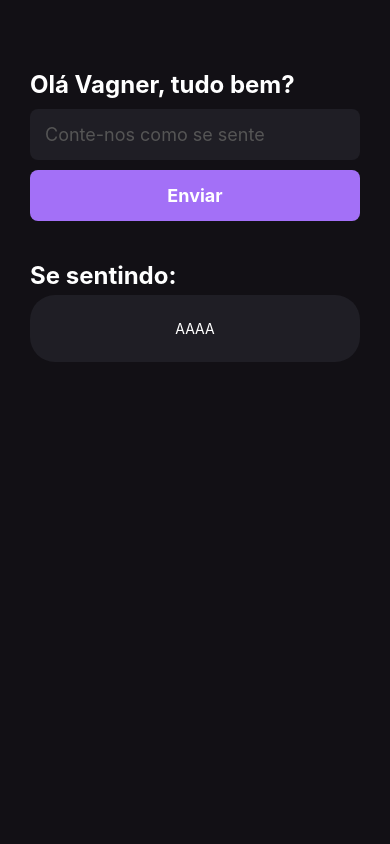
Repository: vagnereix/01-myskills-trilha-react-native
Screen: /
These files come from the project's save history. The screen is drawn as it stood at one moment and after the next save; the edit follows.
The app was drawn by React Native's web renderer in a window 390 px wide. The project was rebuilt for these pictures with package versions that can differ from the ones it lists, and the page was loaded fresh each time.

Above is the screen before, as saved 2021-06-17 18:18:35.

### App.tsx
import React from 'react';

import { Home } from './pages/home';

export default function App() {
  return (
    <Home />
  );
};

### pages/home.tsx
import React, { useState } from 'react';
import {
    View,
    Text,
    StyleSheet,
    TextInput,
    Platform,
    TouchableOpacity
} from 'react-native';

export function Home() {
    const [feeling, setFeeling] = useState<string>('');
    const [feelings, setFeelings] = useState<string[]>([]);

    function handleClick() {
        setFeelings(oldFeelings => [...oldFeelings, feeling]);
    }

    function handleChange(feeling: string) {
        setFeeling(feeling)
    }

    return (
      <View style={styles.container}>
        <Text style={styles.title}>Olá Vagner, tudo bem?</Text>

        <TextInput
          onChangeText={handleChange}
          style={styles.input}
          placeholder="Conte-nos como se sente"
          placeholderTextColor="#555"
        />

        <TouchableOpacity style={styles.touch} onPress={handleClick}>
          <Text style={styles.touchText}>Enviar</Text>
        </TouchableOpacity>

        <Text style={[styles.title, {marginTop: 40}]}>Se sentindo:</Text>
        <Text style={styles.feeling}>{feeling}</Text>

        <TouchableOpacity style={styles.buttonFeeling}>
          <Text style={styles.textFeeling}>
              AAAA
          </Text>
        </TouchableOpacity>
      </View>
    );
}

const styles = StyleSheet.create({
  container: {
    flex: 1,
    paddingHorizontal: 30,
    paddingVertical: 70,
    backgroundColor: '#121015',
  },
  title: {
    color: '#fff',
    fontWeight: 'bold',
    fontSize: 24
  },
  input: {
    marginTop: 10,
    borderRadius: 8,
    backgroundColor: '#1f1e25',
    fontSize: 18,
    padding: Platform.OS == 'android' ? 10 : 15,
  },
  touch: {
    backgroundColor: '#a370f7',
    marginTop: 10,
    padding: 15,
    borderRadius: 8,
    alignItems: 'center',
  },
  touchText: {
      fontWeight: 'bold',
      fontSize: 18,
      color: '#fff'
  },
  feeling: {
      color: '#fff',
      fontSize: 18,
      marginTop: 5
  },
  buttonFeeling: {
    alignItems: 'center',
    borderRadius: 25,
    backgroundColor: '#1f1e25',
    padding: 25
  },
  textFeeling: {
    color: '#fff'
  }
});

After the next save:
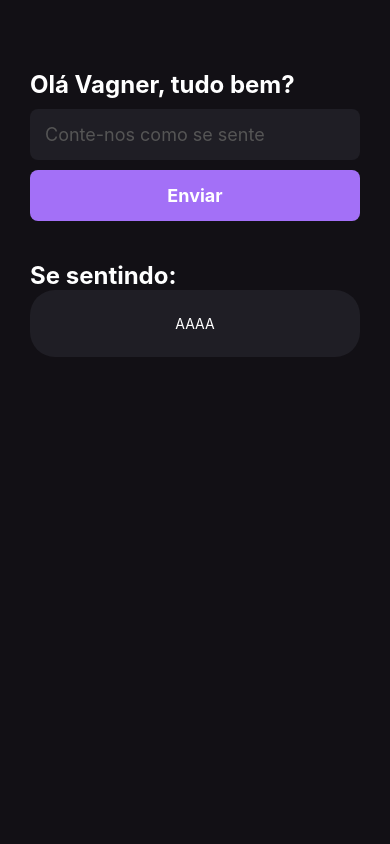
Saved 37 s later.
--- a/pages/home.tsx
+++ b/pages/home.tsx
@@ -36,7 +36,6 @@ export function Home() {
         </TouchableOpacity>
 
         <Text style={[styles.title, {marginTop: 40}]}>Se sentindo:</Text>
-        <Text style={styles.feeling}>{feeling}</Text>
 
         <TouchableOpacity style={styles.buttonFeeling}>
           <Text style={styles.textFeeling}>
